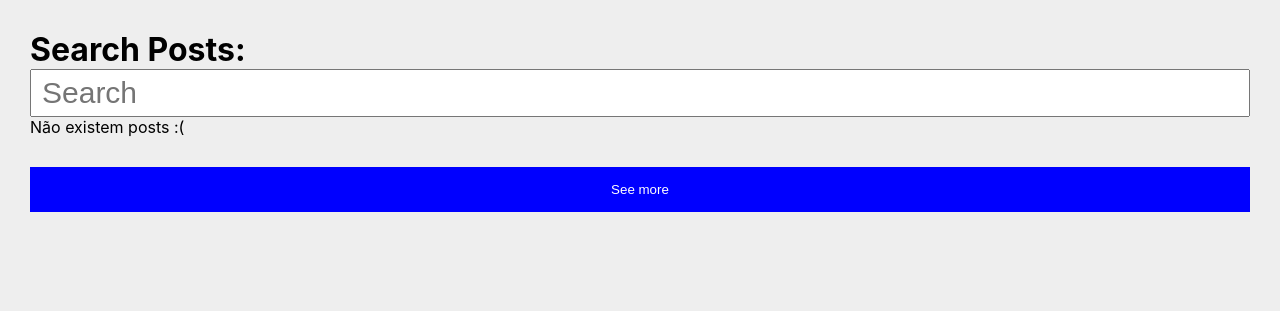
Repository: GiovanaBragio/ReactCourse
Page: / (app in project-1/)
An editor plug-in stored every save of this project. The page is shown before and after the next save, followed by the edit.
The browser window is 1280 px wide. The pictures show the whole page.
The page's requests for data from a server got no answer. The project was rebuilt for these pictures with package versions that can differ from the ones it lists, and the page was loaded fresh each time. No one was signed in, and anything a server would have sent is missing. Also part of the build but not shown: project-1/src/components/PostCard/PostCard.styles.css, project-1/src/components/PostCard/PostCard.tsx, project-1/src/components/Post/Post.styles.css, project-1/src/components/Post/Post.tsx.

Above is the page before, as saved 2025-02-05 17:23:01.

### project-1/src/index.tsx
import React from 'react';
import ReactDOM from 'react-dom/client';
import './index.css';
import Home from './templates/Home/Home';

const root = ReactDOM.createRoot(
  document.getElementById('root') as HTMLElement
);
root.render(
  <React.StrictMode>
    <Home />
  </React.StrictMode>
);

### project-1/src/templates/Home/Home.tsx
import { useEffect, useState } from 'react';
import './Home.css';
import { PostCardProps } from '../../components/PostCard/PostCard.interface';
import Button from '../../components/Button/Button';
import InputText from '../../components/InputText/InputText';
import Post from '../../components/Post/Post';

function Home() {
  const [posts, setPosts] = useState<PostCardProps[]>([]);
  const [isButtonDisabled, setIsButtonDisabled] = useState(false);
  const [nextPosts, setNextPosts] = useState(10);
  const [search, setSearch] = useState('');
  const filterPosts = !!search ? posts.filter(post => post.title.toLowerCase().includes(search.toLowerCase())) : posts;

  useEffect(() => {
    loadPosts();
  }, []);

  const loadPosts = async () => {
    const responsePost = await fetch('https://jsonplaceholder.typicode.com/posts').then(response => response.json());
    const responsePhotos = await fetch('https://dummyjson.com/image/150');

    const postsWithPhotos = responsePost.map((post: PostCardProps, index: number) => {
      return {
        ...post,
        cover: responsePhotos.url
      }
    })

    setPosts(postsWithPhotos);
  }

  const seeMore = () => {
    let newNextPosts = nextPosts + 10;
    if (newNextPosts > 100) {
      setIsButtonDisabled(true);
    }
    setNextPosts(newNextPosts);
  }

  return (
    <div className="Home">
      <div className="home-search">
        <h1>Search Posts: {search}</h1>
        <InputText
          value={search}
          onChange={(event: React.ChangeEvent<HTMLInputElement>) => setSearch(event.target.value)} />
      </div>
      {filterPosts.length ? <Post posts={filterPosts} nextPosts={nextPosts} /> : <p>Não existem posts :(</p>}
      {!search && (
        <Button
          text={'See more'}
          onClick={seeMore}
          disabled={isButtonDisabled}
        />
      )}
    </div>
  );
}

export default Home;

### project-1/src/templates/Home/Home.css
*{
  margin: 0;
  padding: 0;
  box-sizing: border-box;
}

.Home {
  min-height: 100vh;
  background: #eee;
  padding: 30px;
}

.search-container {
  margin-bottom: 30px;
}
.search-container h1 {
  margin-bottom: 30px;
}

### project-1/src/components/Button/Button.tsx
import { ButtonProps } from "./Button.interface";
import './Button.styles.css';

const Button = ({ onClick, text, disabled }: ButtonProps) => {
    return (
        <button
            onClick={onClick}
            disabled={disabled}>
            {text}
        </button>
    )
}

export default Button;

### project-1/src/components/InputText/InputText.tsx
import { InputTextProps } from "./InputText.inerface";
import './InputText.styles.css';

const InputText = ({ value, onChange }: InputTextProps) => {
    return (
        <input
            className="inputText"
            type="text"
            placeholder="Search"
            value={value}
            onChange={onChange} />
    )
}

export default InputText;

### project-1/src/components/Button/Button.styles.css
button {
  width: 100%;
  background: blue;
  color: white;
  border: none;
  padding: 15px 30px;
  cursor: pointer;
  transition: ease-in-out 0.5s;
  margin-top: 30px;
}

button:hover {
  background-color: darkblue;
}

button:disabled {
  background-color: gray;
  cursor: not-allowed;
}

### project-1/src/components/InputText/InputText.styles.css
.inputText {
    width: 100%;
    font-size: 30px;
    padding: 5px 10px;
}

Loaded but not shown: project-1/public/index.html (common file); project-1/src/index.css (common file)

After the next save:
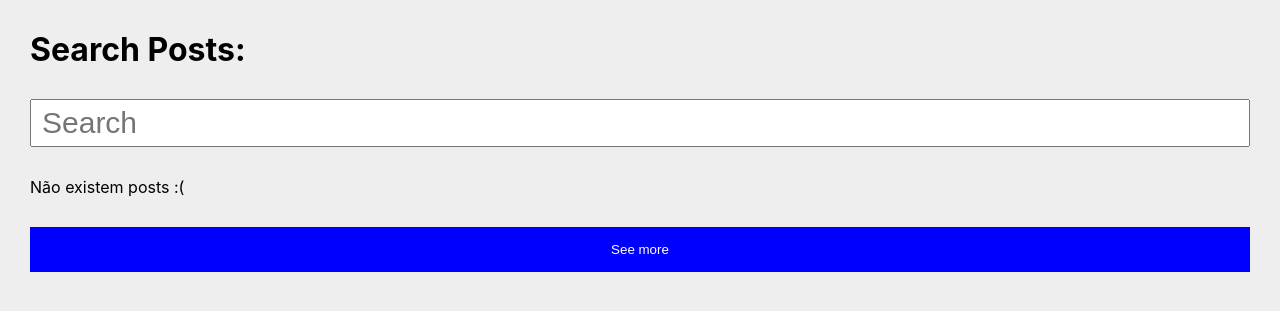
Saved 31 s later.
--- a/project-1/src/templates/Home/Home.tsx
+++ b/project-1/src/templates/Home/Home.tsx
@@ -40,7 +40,7 @@ function Home() {
 
   return (
     <div className="Home">
-      <div className="home-search">
+      <div className="search-container">
         <h1>Search Posts: {search}</h1>
         <InputText
           value={search}
